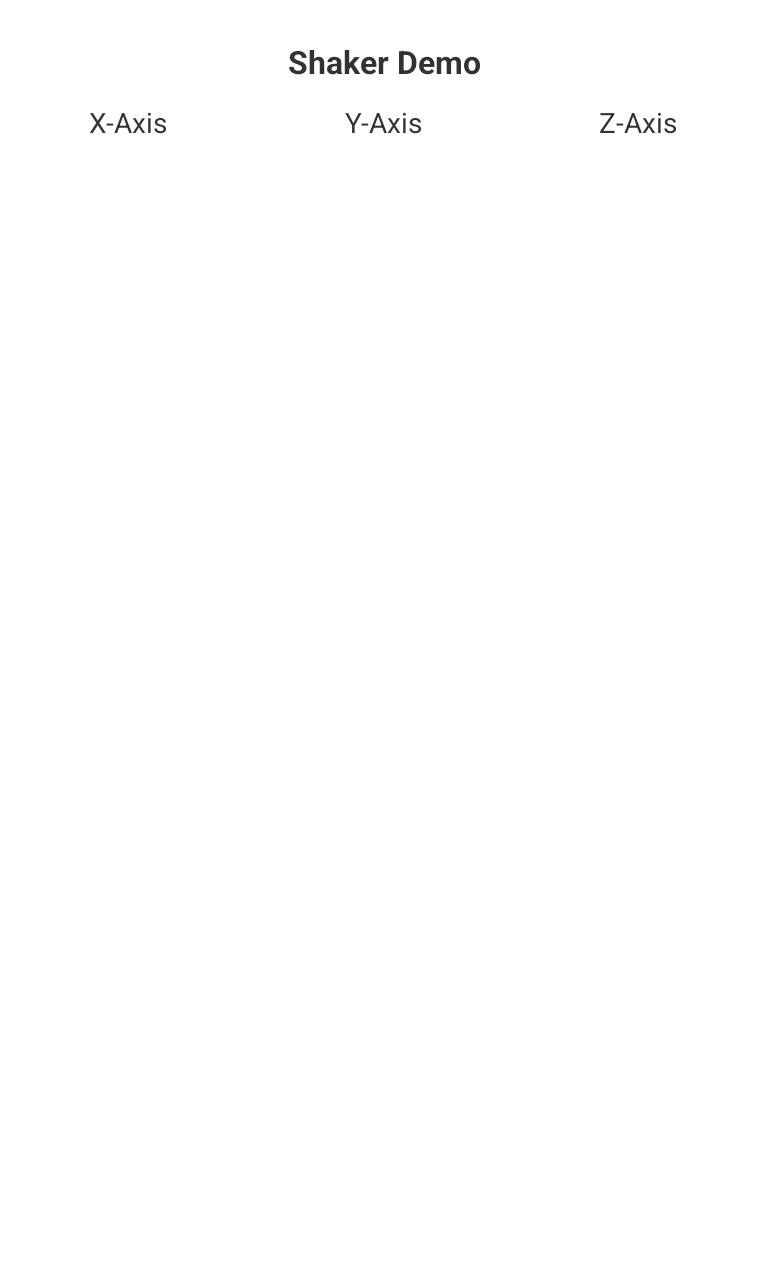
Repository: cemkoc/powernap
Layout: accelerometer/android/accelerometer/res/layout/main.xml
An editor plug-in stored every save of this project. The layout is shown before and after the next save, followed by the edit.
It is drawn on a 768 x 1280 px phone screen (xhdpi) without system bars, with theme AppTheme; the app's code is not run.

Above is the layout before, as saved 2014-01-25 19:02:20.

### accelerometer/android/accelerometer/res/layout/main.xml
<?xml version="1.0" encoding="utf-8"?>
<LinearLayout xmlns:android="http://schemas.android.com/apk/res/android"
android:orientation="vertical"
android:layout_width="fill_parent"
android:layout_height="fill_parent">
<TextView
	android:paddingTop="20dip"
	android:layout_width="fill_parent"
	android:layout_height="wrap_content"
	android:textSize="16sp"
	android:textStyle="bold"
	android:gravity="center"
	android:text="Shaker Demo"/>
<TableLayout
	android:paddingTop="10dip"
	android:layout_width="fill_parent"
	android:layout_height="wrap_content"
	android:stretchColumns="*">
<TableRow>
<TextView
	android:layout_width="wrap_content"
	android:layout_height="wrap_content"
	android:textSize="14sp"
	android:text="X-Axis"
	android:gravity="center"/>
<TextView
	android:layout_width="wrap_content"
	android:layout_height="wrap_content"
	android:textSize="14sp"

	android:text="Y-Axis"

	android:gravity="center"/>
<TextView
	android:layout_width="wrap_content"
	android:layout_height="wrap_content"
	android:textSize="14sp"
	android:text="Z-Axis"
	android:gravity="center"/>
</TableRow>
<TableRow>
<TextView
	android:layout_width="wrap_content"
	android:layout_height="wrap_content"
	android:id="@+id/x_axis"
	android:gravity="center"/>
<TextView
	android:layout_width="wrap_content"
	android:layout_height="wrap_content"
	android:id="@+id/y_axis"
	android:gravity="center"/>
<TextView
	android:layout_width="wrap_content"
	android:layout_height="wrap_content"
	android:id="@+id/z_axis"
	android:gravity="center"/>
</TableRow>
</TableLayout>
<ImageView
	android:paddingTop="10dip"
	android:layout_width="wrap_content"
	android:layout_height="wrap_content"
	android:id="@+id/image"
	android:layout_gravity="center"
	android:visibility="invisible"/>
</LinearLayout>

Loaded but not shown: accelerometer/android/accelerometer/res/values/styles.xml (common file); accelerometer/android/accelerometer/res/values-v11/styles.xml (common file); accelerometer/android/accelerometer/res/values-v14/styles.xml (common file)

After the next save:
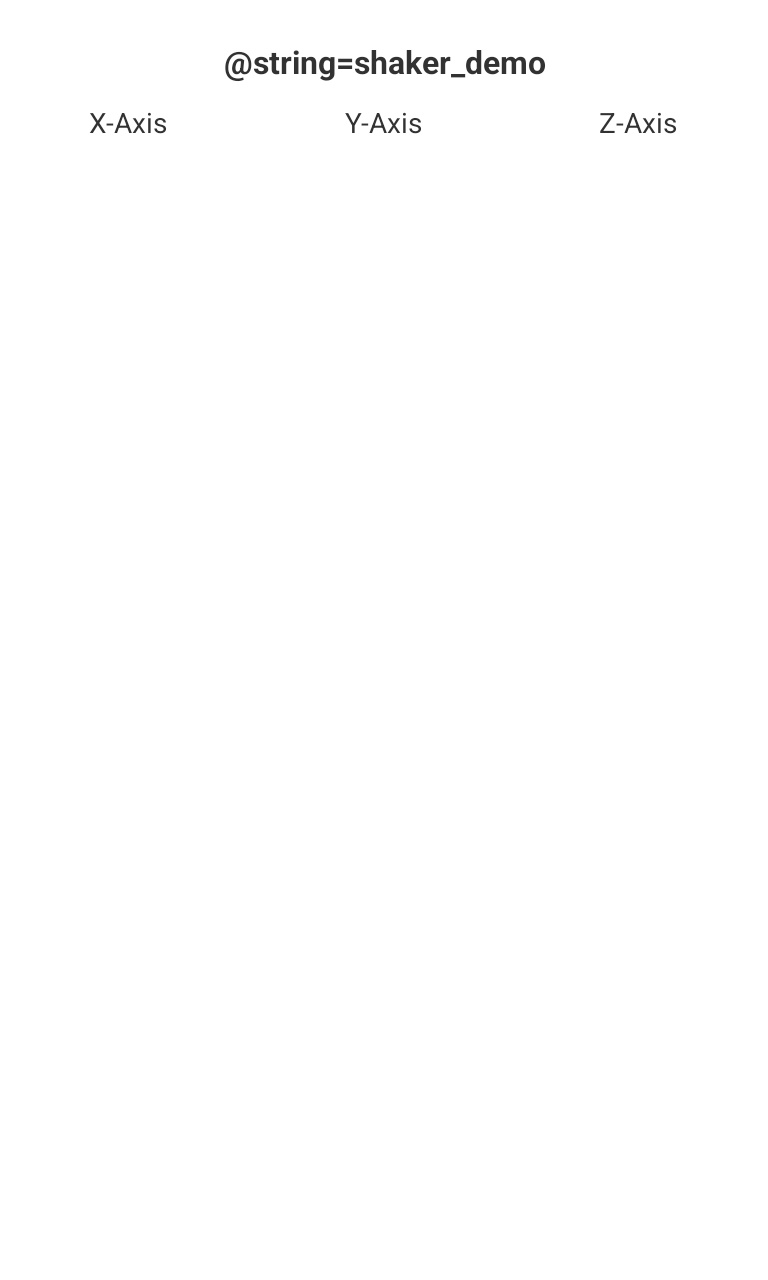
Saved 11 min 26 s later.
--- a/accelerometer/android/accelerometer/res/layout/main.xml
+++ b/accelerometer/android/accelerometer/res/layout/main.xml
@@ -10,7 +10,7 @@ android:layout_height="fill_parent">
 	android:textSize="16sp"
 	android:textStyle="bold"
 	android:gravity="center"
-	android:text="Shaker Demo"/>
+	android:text="@string=shaker_demo"/>
 <TableLayout
 	android:paddingTop="10dip"
 	android:layout_width="fill_parent"
